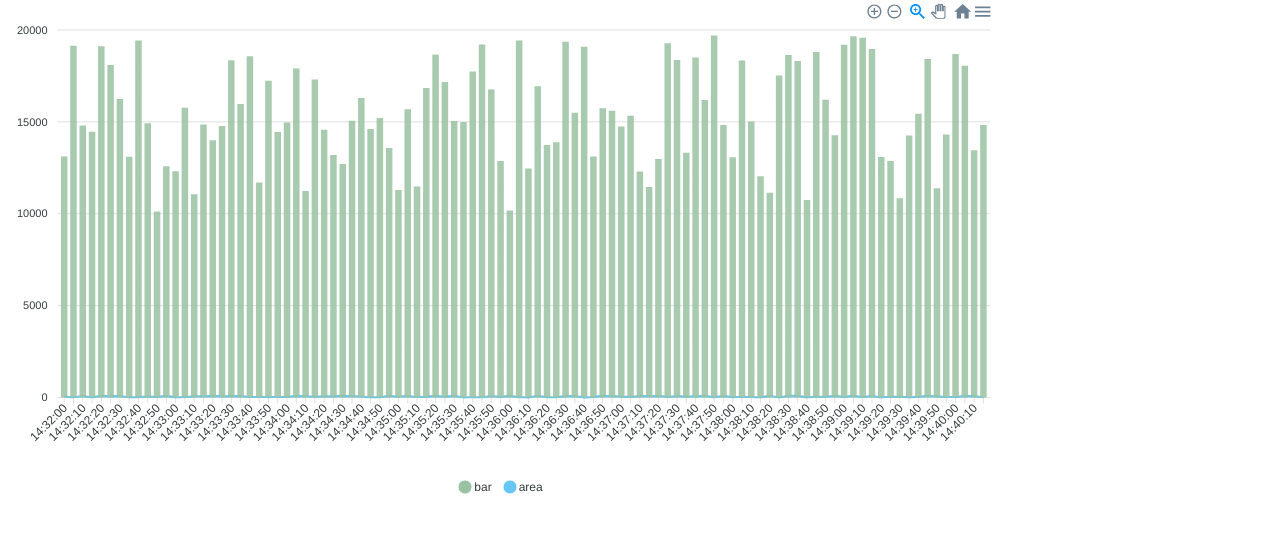
Repository: wanted-pre-onboarding-internship-1team/pre-onboarding-9th-3-1
Page: /
These files come from the project's save history. The page is drawn as it stood at one moment and after the next save; the edit follows.
The browser window is 1280 px wide. The pictures show the whole page.
The project was rebuilt for these pictures with package versions that can differ from the ones it lists, and the page was loaded fresh each time.

Above is the page before, as saved 2023-03-15 00:10:31.

### public/index.html
<!DOCTYPE html>
<html lang="en">
  <head>
    <meta charset="utf-8" />
    <link rel="icon" href="%PUBLIC_URL%/favicon.ico" />
    <meta name="viewport" content="width=device-width, initial-scale=1" />
    <meta name="theme-color" content="#000000" />

    <title>React App</title>
  </head>

  <body>
    <div id="root"></div>
  </body>
</html>

### src/index.tsx
import App from './App';
import './index.css';
import React from 'react';
import ReactDOM from 'react-dom/client';
import { BrowserRouter } from 'react-router-dom';

const root = ReactDOM.createRoot(
  document.getElementById('root') as HTMLElement
);
root.render(
  <BrowserRouter>
    <App />
  </BrowserRouter>
);

### src/App.tsx
import Router from './router/router';
import { createGlobalStyle } from 'styled-components';
import reset from 'styled-reset';

const GlobalStyle = createGlobalStyle`
  ${reset}
`;

function App() {
  return (
    <>
      <GlobalStyle />
      <Router />
    </>
  );
}

export default App;

### src/router/router.tsx
import Mainpage from '../pages/Mainpage';
import React from 'react';
import { Route, Routes } from 'react-router-dom';

export default function router() {
  return (
    <Routes>
      <Route path='/' element={<Mainpage />} />
    </Routes>
  );
}

### src/pages/Mainpage.tsx
import { api } from '../apis';
import { GetMockResponse } from '../apis/types/mock';
import useMockList from '../hooks/useMockList';
import axios from 'axios';
import React, { useEffect, useState } from 'react';
import ApexCharts from 'react-apexcharts';

export default function Mainpage() {
  const test = useMockList();
  console.log(test);
  return (
    <div>
      {/* <ApexCharts
        type='line'
        height='500'
        width='500'
        series={[
          {
            name: 'price',
            data: [10, 19, 17, 36, 44, 45, 20, 38],
          },
        ]}
        options={{
          theme: {
            mode: 'dark',
          },
          chart: {
            toolbar: {
              show: false,
            },
          },
          grid: { show: false },
          stroke: {
            curve: 'smooth',
            width: 5,
          },
          yaxis: {
            show: false,
          },
          xaxis: {
            categories: [2009, 2010, 2011, 2012, 2013, 2014, 2015, 2016],
          },
          fill: {
            type: 'gradient',
            gradient: { gradientToColors: ['blue'], stops: [0, 100] },
          },
          colors: ['red'],
        }}
      /> */}
      <ApexCharts
        height='500'
        width='1000'
        series={[
          {
            name: 'bar',
            type: 'column',
            data: test.barValueList,
          },
          {
            name: 'area',
            type: 'area',
            data: test.areaValueList,
          },
        ]}
        options={{
          stroke: {
            width: [0, 2, 5],
            curve: 'smooth',
          },
          yaxis: [{ seriesName: 'bar' }],
          xaxis: {
            categories: test.timeList,
          },
          colors: ['#99C2A2', '#66C7F4'],
        }}
      />
    </div>
  );
}

{
  /* <div>
<ApexCharts
  height='500'
  width='1000'
  series={[
    {
      name: 'TEAM A',
      type: 'column',
      data: test.areaValueList,
    },
  ]}
  options={{
    grid: {
      row: {
        colors: ['#f3f3f3', 'transparent'],
        opacity: 0.5,
      },
    },
    stroke: {
      width: [0, 2, 5],
      curve: 'smooth',
    },

    xaxis: {
      categories: test.timeList,
    },
    colors: ['red', 'blue'],
  }}
/>
</div> */
}

### src/hooks/useMockList.ts
import { api } from '../apis';
import { GetMockResponse } from '../apis/types/mock';
import { useEffect, useState } from 'react';

export default function useMockList() {
  const [originData, setOriginData] = useState<GetMockResponse['response']>();

  const dateList = originData ? Object.keys(originData) : [];

  const timeList = originData
    ? Object.keys(originData).map(time => time.split(' ')[1])
    : [];

  const idList = originData
    ? Object.entries(originData).map(entry => entry[1].id)
    : [];

  const barValueList = originData
    ? Object.entries(originData).map(entry => entry[1].value_bar)
    : [];

  const areaValueList = originData
    ? Object.entries(originData).map(entry => entry[1].value_area)
    : [];

  useEffect(() => {
    api.mock.getMockDatas().then(res => {
      const { data } = res;
      setOriginData(data.response);
    });
  }, []);

  return { timeList, dateList, idList, barValueList, areaValueList };
}

### src/apis/index.ts
import { instance } from './instance';
import MockService from './mockService';

const mockService = new MockService(instance);

export const api = { mock: mockService };

### src/apis/instance.ts
import axios, { AxiosInstance, AxiosRequestConfig, AxiosResponse } from 'axios';

interface CustomInstance extends AxiosInstance {
  get<T = unknown, R = AxiosResponse<T>, D = unknown>(
    url: string,
    config?: AxiosRequestConfig<D>
  ): Promise<R>;
}

const instance: CustomInstance = axios.create({
  baseURL: '/',
});

export { instance };

### src/apis/mockService.ts
import { instance } from './instance';
import { GetMockResponse } from './types/mock';

export default class MockService {
  constructor(private api: typeof instance) {}
  getMockDatas = async () => this.api.get<GetMockResponse>('data/mock.json');
}

### public/data/mock.json
{
  "type": "Flexsys Mock API",
  "version": 1.0,
  "response": {
    "2023-02-01 14:32:00": {
      "id": "성북구",
      "value_area": 46,
      "value_bar": 13111
    },
    "2023-02-01 14:32:05": {
      "id": "강남구",
      "value_area": 9,
      "value_bar": 19143
    },
    "2023-02-01 14:32:10": {
      "id": "노원구",
      "value_area": 79,
      "value_bar": 14798
    },
    "2023-02-01 14:32:15": {
      "id": "중랑구",
      "value_area": 4,
      "value_bar": 14456
    },
    "2023-02-01 14:32:20": {
      "id": "노원구",
      "value_area": 97,
      "value_bar": 19116
    },
    "2023-02-01 14:32:25": {
      "id": "성북구",
      "value_area": 66,
      "value_bar": 18098
    },
    "2023-02-01 14:32:30": {
      "id": "중랑구",
      "value_area": 84,
      "value_bar": 16243
    },
    "2023-02-01 14:32:35": {
      "id": "강남구",
      "value_area": 5,
      "value_bar": 13100
    },
    "2023-02-01 14:32:40": {
      "id": "성북구",
      "value_area": 13,
      "value_bar": 19429
    },
    "2023-02-01 14:32:45": {
      "id": "노원구",
      "value_area": 50,
      "value_bar": 14923
    },
    "2023-02-01 14:32:50": {
      "id": "강남구",
      "value_area": 24,
      "value_bar": 10127
    },
    "2023-02-01 14:32:55": {
      "id": "강남구",
      "value_area": 98,
      "value_bar": 12583
    },
    "2023-02-01 14:33:00": {
      "id": "중랑구",
      "value_area": 7,
      "value_bar": 12310
    },
    "2023-02-01 14:33:05": {
      "id": "중랑구",
      "value_area": 21,
      "value_bar": 15764
    },
    "2023-02-01 14:33:10": {
      "id": "강남구",
      "value_area": 67,
      "value_bar": 11060
    },
    "2023-02-01 14:33:15": {
      "id": "강남구",
      "value_area": 69,
      "value_bar": 14857
    },
    "2023-02-01 14:33:20": {
      "id": "노원구",
      "value_area": 86,
      "value_bar": 13995
    },
    "2023-02-01 14:33:25": {
      "id": "중랑구",
      "value_area": 59,
      "value_bar": 14773
    },
    "2023-02-01 14:33:30": {
      "id": "노원구",
      "value_area": 77,
      "value_bar": 18347
    },
    "2023-02-01 14:33:35": {
      "id": "성북구",
      "value_area": 77,
      "value_bar": 15970
    },
    "2023-02-01 14:33:40": {
      "id": "성북구",
      "value_area": 27,
      "value_bar": 18577
    },
    "2023-02-01 14:33:45": {
      "id": "성북구",
      "value_area": 33,
      "value_bar": 11704
    },
    "2023-02-01 14:33:50": {
      "id": "성북구",
      "value_area": 17,
      "value_bar": 17241
    },
    "2023-02-01 14:33:55": {
      "id": "노원구",
      "value_area": 22,
      "value_bar": 14450
    },
    "2023-02-01 14:34:00": {
      "id": "중랑구",
      "value_area": 27,
      "value_bar": 14970
    },
    "2023-02-01 14:34:05": {
      "id": "중랑구",
      "value_area": 99,
      "value_bar": 17906
    },
    "2023-02-01 14:34:10": {
      "id": "강남구",
      "value_area": 65,
      "value_bar": 11233
    },
    "2023-02-01 14:34:15": {
      "id": "노원구",
      "value_area": 38,
      "value_bar": 17306
    },
    "2023-02-01 14:34:20": {
      "id": "성북구",
      "value_area": 63,
      "value_bar": 14577
    },
    "2023-02-01 14:34:25": {
      "id": "중랑구",
      "value_area": 58,
      "value_bar": 13199
    },
    "2023-02-01 14:34:30": {
      "id": "중랑구",
      "value_area": 93,
      "value_bar": 12707
    },
    "2023-02-01 14:34:35": {
      "id": "강남구",
      "value_area": 74,
      "value_bar": 15064
    },
    "2023-02-01 14:34:40": {
      "id": "강남구",
      "value_area": 45,
      "value_bar": 16300
    },
    "2023-02-01 14:34:45": {
      "id": "성북구",
      "value_area": 7,
      "value_bar": 14605
    },
    "2023-02-01 14:34:50": {
      "id": "노원구",
      "value_area": 7,
      "value_bar": 15210
    },
    "2023-02-01 14:34:55": {
      "id": "성북구",
      "value_area": 89,
      "value_bar": 13578
    },
    "2023-02-01 14:35:00": {
      "id": "중랑구",
      "value_area": 37,
      "value_bar": 11298
    },
    "2023-02-01 14:35:05": {
      "id": "노원구",
      "value_area": 82,
      "value_bar": 15686
    },
    "2023-02-01 14:35:10": {
      "id": "중랑구",
      "value_area": 19,
      "value_bar": 11485
    },
    "2023-02-01 14:35:15": {
      "id": "성북구",
      "value_area": 37,
      "value_bar": 16848
    },
    "2023-02-01 14:35:20": {
      "id": "성북구",
      "value_area": 91,
      "value_bar": 18670
    },
    "2023-02-01 14:35:25": {
      "id": "강남구",
      "value_area": 44,
      "value_bar": 17165
    },
    "2023-02-01 14:35:30": {
      "id": "성북구",
      "value_area": 88,
      "value_bar": 15053
    },
    "2023-02-01 14:35:35": {
      "id": "성북구",
      "value_area": 1,
      "value_bar": 14998
    },
    "2023-02-01 14:35:40": {
      "id": "강남구",
      "value_area": 7,
      "value_bar": 17739
    },
    "2023-02-01 14:35:45": {
      "id": "중랑구",
      "value_area": 17,
      "value_bar": 19212
    },
    "2023-02-01 14:35:50": {
      "id": "노원구",
      "value_area": 73,
      "value_bar": 16757
    },
    "2023-02-01 14:35:55": {
      "id": "노원구",
      "value_area": 24,
      "value_bar": 12864
    },
    "2023-02-01 14:36:00": {
      "id": "노원구",
      "value_area": 99,
      "value_bar": 10178
    },
    "2023-02-01 14:36:05": {
      "id": "성북구",
      "value_area": 13,
      "value_bar": 19425
    },
    "2023-02-01 14:36:10": {
      "id": "강남구",
      "value_area": 2,
      "value_bar": 12455
    },
    "2023-02-01 14:36:15": {
      "id": "노원구",
      "value_area": 91,
      "value_bar": 16945
    },
    "2023-02-01 14:36:20": {
      "id": "성북구",
      "value_area": 10,
      "value_bar": 13734
    },
    "2023-02-01 14:36:25": {
      "id": "성북구",
      "value_area": 14,
      "value_bar": 13894
    },
    "2023-02-01 14:36:30": {
      "id": "중랑구",
      "value_area": 82,
      "value_bar": 19367
    },
    "2023-02-01 14:36:35": {
      "id": "중랑구",
      "value_area": 71,
      "value_bar": 15492
    },
    "2023-02-01 14:36:40": {
      "id": "강남구",
      "value_area": 2,
      "value_bar": 19082
    },
    "2023-02-01 14:36:45": {
      "id": "노원구",
      "value_area": 24,
      "value_bar": 13117
    },
    "2023-02-01 14:36:50": {
      "id": "노원구",
      "value_area": 96,
      "value_bar": 15744
    },
    "2023-02-01 14:36:55": {
      "id": "성북구",
      "value_area": 74,
      "value_bar": 15609
    },
    "2023-02-01 14:37:00": {
      "id": "노원구",
      "value_area": 48,
      "value_bar": 14747
    },
    "2023-02-01 14:37:05": {
      "id": "중랑구",
      "value_area": 34,
      "value_bar": 15331
    },
    "2023-02-01 14:37:10": {
      "id": "노원구",
      "value_area": 73,
      "value_bar": 12292
    },
    "2023-02-01 14:37:15": {
      "id": "강남구",
      "value_area": 77,
      "value_bar": 11454
    },
    "2023-02-01 14:37:20": {
      "id": "강남구",
      "value_area": 94,
      "value_bar": 12972
    },
    "2023-02-01 14:37:25": {
      "id": "성북구",
      "value_area": 29,
      "value_bar": 19279
    },
    "2023-02-01 14:37:30": {
      "id": "노원구",
      "value_area": 73,
      "value_bar": 18371
    },
    "2023-02-01 14:37:35": {
      "id": "노원구",
      "value_area": 50,
      "value_bar": 13317
    },
    "2023-02-01 14:37:40": {
      "id": "강남구",
      "value_area": 65,
      "value_bar": 18504
    },
    "2023-02-01 14:37:45": {
      "id": "성북구",
      "value_area": 87,
      "value_bar": 16196
    },
    "2023-02-01 14:37:50": {
      "id": "강남구",
      "value_area": 14,
      "value_bar": 19701
    },
    "2023-02-01 14:37:55": {
      "id": "중랑구",
      "value_area": 80,
      "value_bar": 14836
    },
    "2023-02-01 14:38:00": {
      "id": "노원구",
      "value_area": 14,
      "value_bar": 13074
    },
    "2023-02-01 14:38:05": {
      "id": "성북구",
      "value_area": 25,
      "value_bar": 18335
    },
    "2023-02-01 14:38:10": {
      "id": "중랑구",
      "value_area": 22,
      "value_bar": 15022
    },
    "2023-02-01 14:38:15": {
      "id": "노원구",
      "value_area": 6,
      "value_bar": 12043
    },
    "2023-02-01 14:38:20": {
      "id": "중랑구",
      "value_area": 88,
      "value_bar": 11144
    },
    "2023-02-01 14:38:25": {
      "id": "강남구",
      "value_area": 1,
      "value_bar": 17518
    },
    "2023-02-01 14:38:30": {
      "id": "노원구",
      "value_area": 90,
      "value_bar": 18643
    },
    "2023-02-01 14:38:35": {
      "id": "성북구",
      "value_area": 98,
      "value_bar": 18318
    },
    "2023-02-01 14:38:40": {
      "id": "중랑구",
      "value_area": 4,
      "value_bar": 10746
    },
    "2023-02-01 14:38:45": {
      "id": "강남구",
      "value_area": 43,
      "value_bar": 18806
    },
    "2023-02-01 14:38:50": {
      "id": "중랑구",
      "value_area": 43,
      "value_bar": 16209
    },
    "2023-02-01 14:38:55": {
      "id": "강남구",
      "value_area": 91,
      "value_bar": 14273
    },
    "2023-02-01 14:39:00": {
      "id": "성북구",
      "value_area": 31,
      "value_bar": 19193
    },
    "2023-02-01 14:39:05": {
      "id": "성북구",
      "value_area": 92,
      "value_bar": 19661
    },
    "2023-02-01 14:39:10": {
      "id": "노원구",
      "value_area": 20,
      "value_bar": 19574
    },
    "2023-02-01 14:39:15": {
      "id": "중랑구",
      "value_area": 72,
      "value_bar": 18963
    },
    "2023-02-01 14:39:20": {
      "id": "강남구",
      "value_area": 15,
      "value_bar": 13083
    },
    "2023-02-01 14:39:25": {
      "id": "성북구",
      "value_area": 34,
      "value_bar": 12868
    },
    "2023-02-01 14:39:30": {
      "id": "강남구",
      "value_area": 44,
      "value_bar": 10836
    },
    "2023-02-01 14:39:35": {
      "id": "중랑구",
      "value_area": 13,
      "value_bar": 14255
    },
    "2023-02-01 14:39:40": {
      "id": "노원구",
      "value_area": 35,
      "value_bar": 15437
    },
    "2023-02-01 14:39:45": {
      "id": "중랑구",
      "value_area": 95,
      "value_bar": 18426
    },
    "2023-02-01 14:39:50": {
      "id": "강남구",
      "value_area": 61,
      "value_bar": 11387
    },
    "2023-02-01 14:39:55": {
      "id": "성북구",
      "value_area": 18,
      "value_bar": 14312
    },
    "2023-02-01 14:40:00": {
      "id": "성북구",
      "value_area": 18,
      "value_bar": 18700
    },
    "2023-02-01 14:40:05": {
      "id": "중랑구",
      "value_area": 92,
      "value_bar": 18053
    },
    "2023-02-01 14:40:10": {
      "id": "강남구",
      "value_area": 75,
      "value_bar": 13460
    },
    "2023-02-01 14:40:15": {
      "id": "성북구",
      "value_area": 15,
      "value_bar": 14829
    }
  }
}

Loaded but not shown: src/index.css (common file)

After the next save:
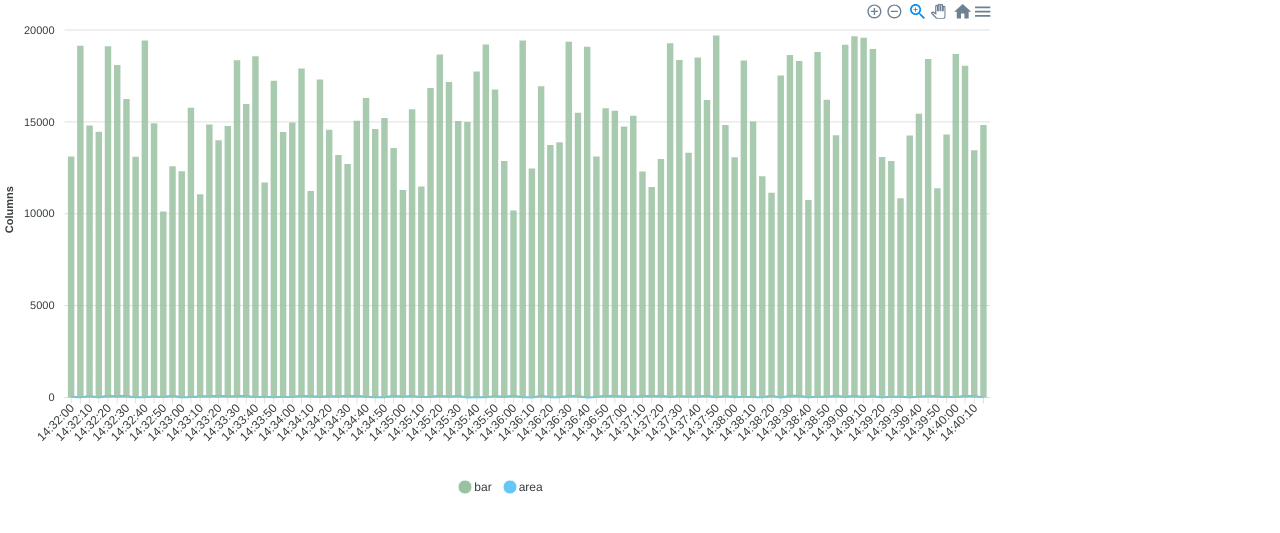
Saved 42 s later.
--- a/src/pages/Mainpage.tsx
+++ b/src/pages/Mainpage.tsx
@@ -67,7 +67,14 @@ export default function Mainpage() {
             width: [0, 2, 5],
             curve: 'smooth',
           },
-          yaxis: [{ seriesName: 'bar' }],
+          yaxis: [
+            {
+              seriesName: 'bar',
+              title: {
+                text: 'Columns',
+              },
+            },
+          ],
           xaxis: {
             categories: test.timeList,
           },
